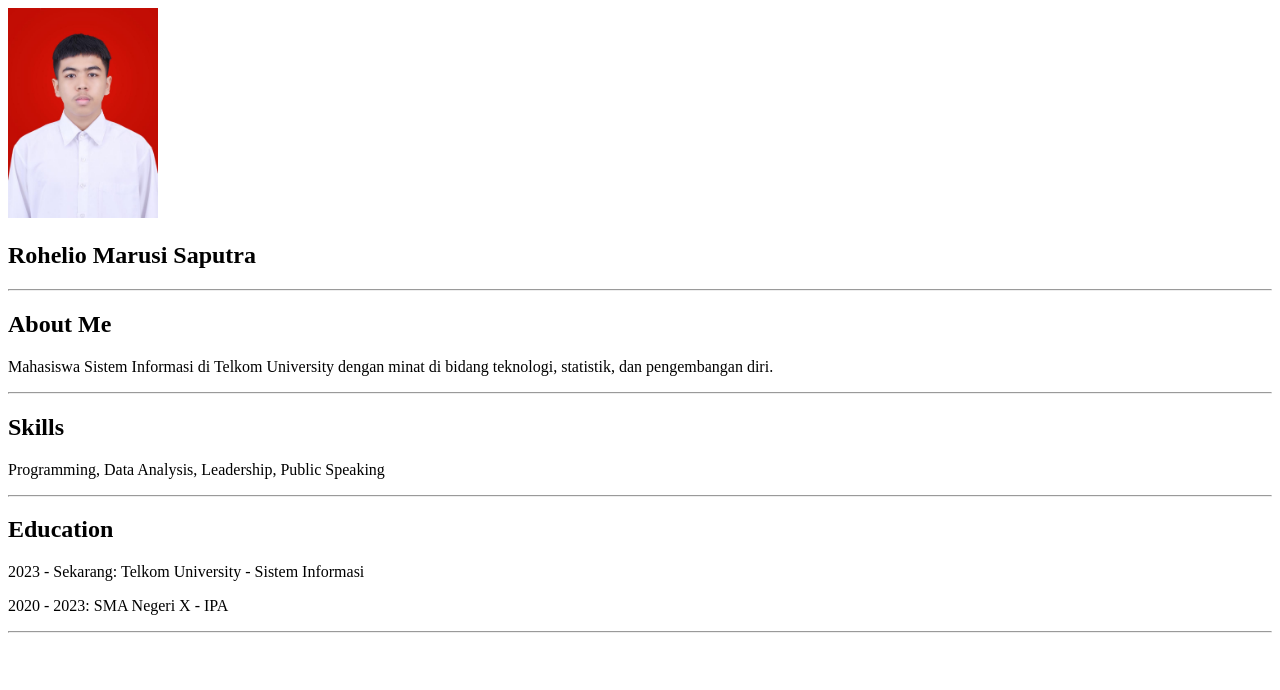
Repository: rohelio323/cv-rohelio
Page: index.html
The author's editor kept a copy of each file at every save. The page is drawn from the files as they stood at one save, then again after the next save.
The browser window is 1280 px wide. The pictures show the whole page.

Above is the page before, as saved 2025-02-25 02:24:35.

### index.html
<!DOCTYPE html>
<html lang="id">
<head>
    <meta charset="UTF-8">
    <meta name="viewport" content="width=device-width, initial-scale=1.0">
    <title>CV Rohelio</title>
</head>
<body>
    <img src="foto-profil.jpg" alt="Foto Profil" width="150">
    <h2>Rohelio Marusi Saputra</h2>
    <hr>
    <h2>About Me</h2>
    <p>Mahasiswa Sistem Informasi di Telkom University dengan minat di bidang teknologi, statistik, dan pengembangan diri.</p>
    <hr>
    <h2>Skills</h2>
    <p>Programming, Data Analysis, Leadership, Public Speaking</p>
    <hr>
    <h2>Education</h2>
    <p>2023 - Sekarang: Telkom University - Sistem Informasi</p>
    <p>2020 - 2023: SMA Negeri X - IPA</p>
    <hr>
</body>
</html>

After the next save:
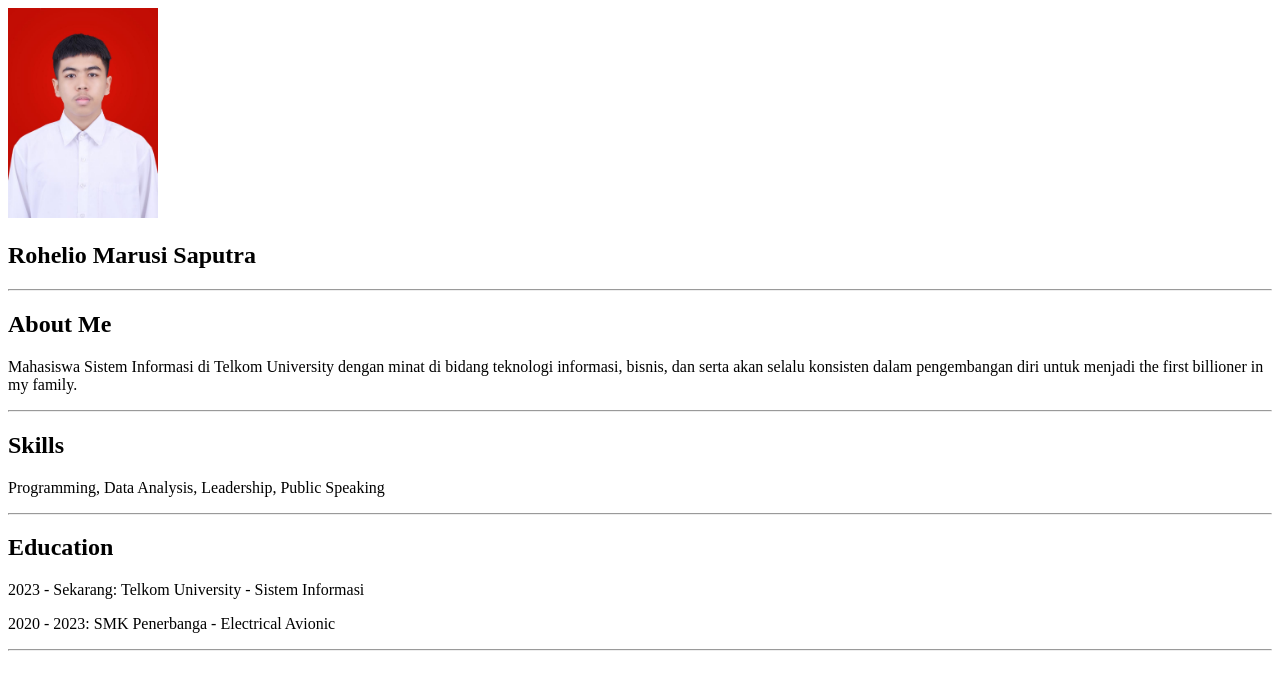
Saved 14 min 14 s later.
--- a/index.html
+++ b/index.html
@@ -10,14 +10,14 @@
     <h2>Rohelio Marusi Saputra</h2>
     <hr>
     <h2>About Me</h2>
-    <p>Mahasiswa Sistem Informasi di Telkom University dengan minat di bidang teknologi, statistik, dan pengembangan diri.</p>
+    <p>Mahasiswa Sistem Informasi di Telkom University dengan minat di bidang teknologi informasi, bisnis, dan serta akan selalu konsisten dalam pengembangan diri untuk menjadi the first billioner in my family.</p>
     <hr>
     <h2>Skills</h2>
     <p>Programming, Data Analysis, Leadership, Public Speaking</p>
     <hr>
     <h2>Education</h2>
     <p>2023 - Sekarang: Telkom University - Sistem Informasi</p>
-    <p>2020 - 2023: SMA Negeri X - IPA</p>
+    <p>2020 - 2023: SMK Penerbanga - Electrical Avionic</p>
     <hr>
 </body>
 </html>
